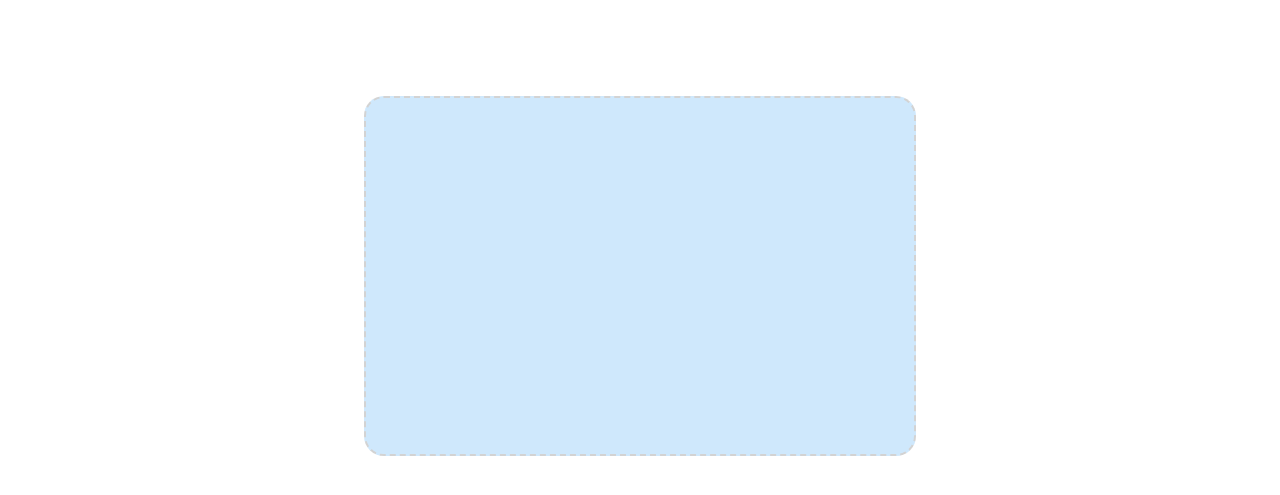
Repository: BhushanPatil-121/pdf-upload-nextjs
Page: /
These files come from the project's save history. The page is drawn as it stood at one moment and after the next save; the edit follows.
The browser window is 1280 px wide. The pictures show the whole page.
The project was rebuilt for these pictures with package versions that can differ from the ones it lists, and the page was loaded fresh each time. The framework's server and built-in components were replaced by stand-ins that run in the browser. Also part of the build but not shown: next.config.mjs.

Above is the page before, as saved 2024-02-29 11:30:42.

### src/app/page.tsx
"use client"
import styles from "./page.module.css";
import { styled } from '@mui/material/styles';
import Button from '@mui/material/Button';
import CloudUploadIcon from '@mui/icons-material/CloudUpload';
import { useState } from 'react';
import { Alert, Box, Card, Container, Stack, TextField } from "@mui/material";
import InsertDriveFileIcon from '@mui/icons-material/InsertDriveFile';
import SendIcon from '@mui/icons-material/Send';
import LoadingButton from '@mui/lab/LoadingButton';
import { CloudDownload } from "@mui/icons-material";

const VisuallyHiddenInput = styled('input')({
  clip: 'rect(0 0 0 0)',
  clipPath: 'inset(50%)',
  height: 1,
  overflow: 'hidden',
  position: 'absolute',
  bottom: 0,
  left: 0,
  whiteSpace: 'nowrap',
  width: 1,
});

export default function Home() {
  const [loading, setLoading] = useState(false);
  const [uploading, setUploding] = useState(false);
  const [fileName, setFileName] = useState<string>("")
  const [defaultFileName, setDefaultFileName] = useState<string>("")
  const [file, setFile] = useState<string>("")
  function handleClick(e: any) {
    setLoading(true);
    setTimeout(() => setLoading(false), 3000);
    setTimeout(() => {
      setUploding(true)
      setFileName("")
      setFile("")
    }, 3000);
    setTimeout(() => setUploding(false), 6000);
    e.preventDefault();
    let formData = new FormData();
    formData.append('filename', fileName);
    formData.append('file', file);
    console.log(fileName, file);
  }
  return (
    <main className={styles.main}>
      <Container maxWidth="sm">
        <Box  className={styles.mainContainer }
        sx={{ bgcolor: '#cfe8fc', height: '50vh' }}>

        </Box>
      </Container>
    </main>
  );
}

### src/app/globals.css


* {
  box-sizing: border-box;
  padding: 0;
  margin: 0;
}

html,
body {
  max-width: 100vw;
  overflow-x: hidden;
}


a {
  color: inherit;
  text-decoration: none;
}

### src/app/page.module.css
.main {
  display: flex;
  flex-direction: column;
  justify-content: start;
  gap: 20px;
  align-items: center;
  padding: 6rem 0;
  min-height: 100vh;
}

.mainContainer {
  display: flex;
  flex-direction: column;
  justify-content: center;
  align-items: center;
  padding: 50px 100px;
  border-radius: 20px;
  border: dashed 2px lightgrey;
}

.mainHeading {
  color: grey;
}

.mainForm {
  display: flex;
  flex-direction: column;
  align-items: center;
  justify-content: center;
  width: 100%;
  padding: 10px;
  border-radius: 10px;
}

.mainFormContainer {
  display: flex;
  flex-direction: column;
  align-items: center;
  justify-content: center;
  width: 100%;
  height: 100%;
  border: 1px solid grey;
  border-radius: 5px;
  padding: 10px;
  gap: 10px;
  margin: 20px;
}

.mainFormSubContainer1 {
  display: flex;
  flex-direction: row;
  align-items: center;
  justify-content: center;
  gap: 10px;
  width: 100%;
}

.mainFormSubContainer2 {
  display: flex;
  flex-direction: row;
  align-items: center;
  justify-content: space-evenly;
  gap: 10px;
  width: 100%;

}

Loaded but not shown: src/app/layout.tsx (common file)

After the next save:
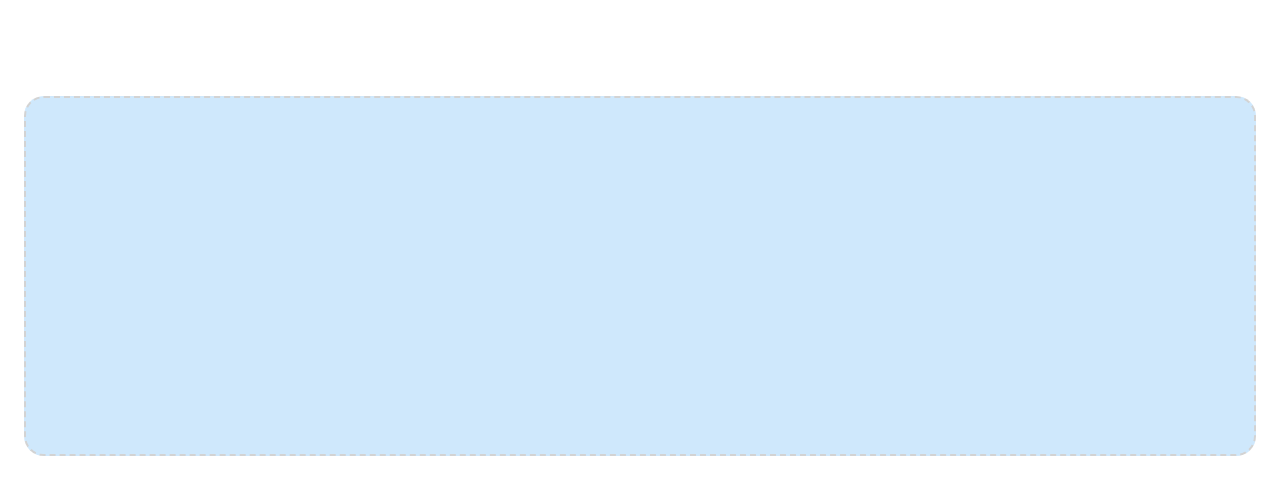
Saved 12 s later.
--- a/src/app/page.tsx
+++ b/src/app/page.tsx
@@ -45,7 +45,7 @@ export default function Home() {
   }
   return (
     <main className={styles.main}>
-      <Container maxWidth="sm">
+      <Container maxWidth="m">
         <Box  className={styles.mainContainer }
         sx={{ bgcolor: '#cfe8fc', height: '50vh' }}>
 
